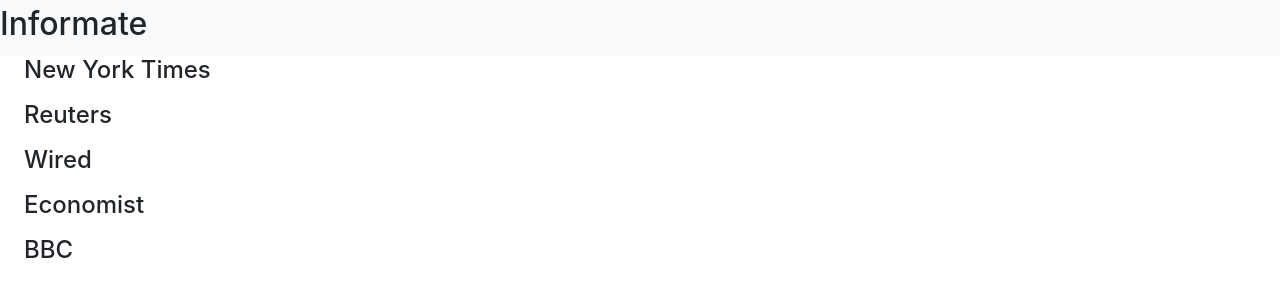
Repository: rbafna6507/newsaggregator-frontend
Page: index.html
An editor plug-in stored every save of this project. The page is shown before and after the next save, followed by the edit.
The browser window is 1280 px wide. The pictures show the whole page.
The page's requests for data from a server got no answer. Some web libraries are served in a nearby version.

Above is the page before, as saved 2020-12-16 12:49:20.

After the next save:
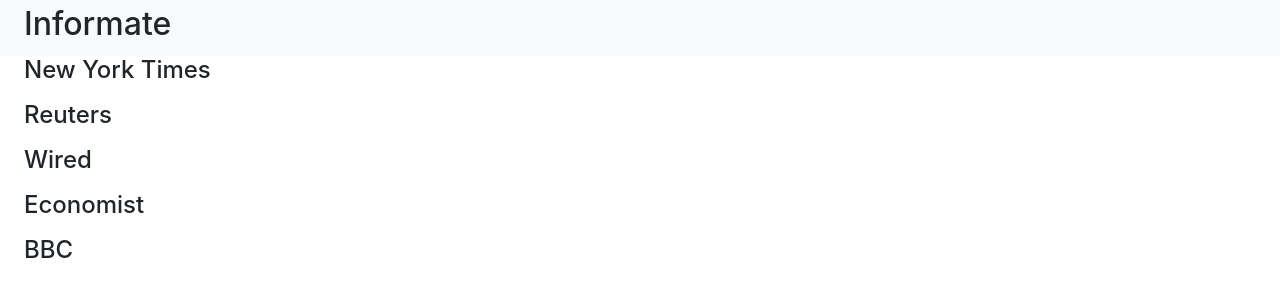
Saved 7 s later.
--- a/index.html
+++ b/index.html
@@ -12,7 +12,7 @@
 
 <body>
     <nav class="navbar-light bg-light">
-        <a class="navbar-brand"><h2>Informate</h2></a>
+        <a style="margin-left: 24px" class="navbar-brand"><h2>Informate</h2></a>
     </nav>
     <div style="margin-left: 24px">
         <!-- <div>
